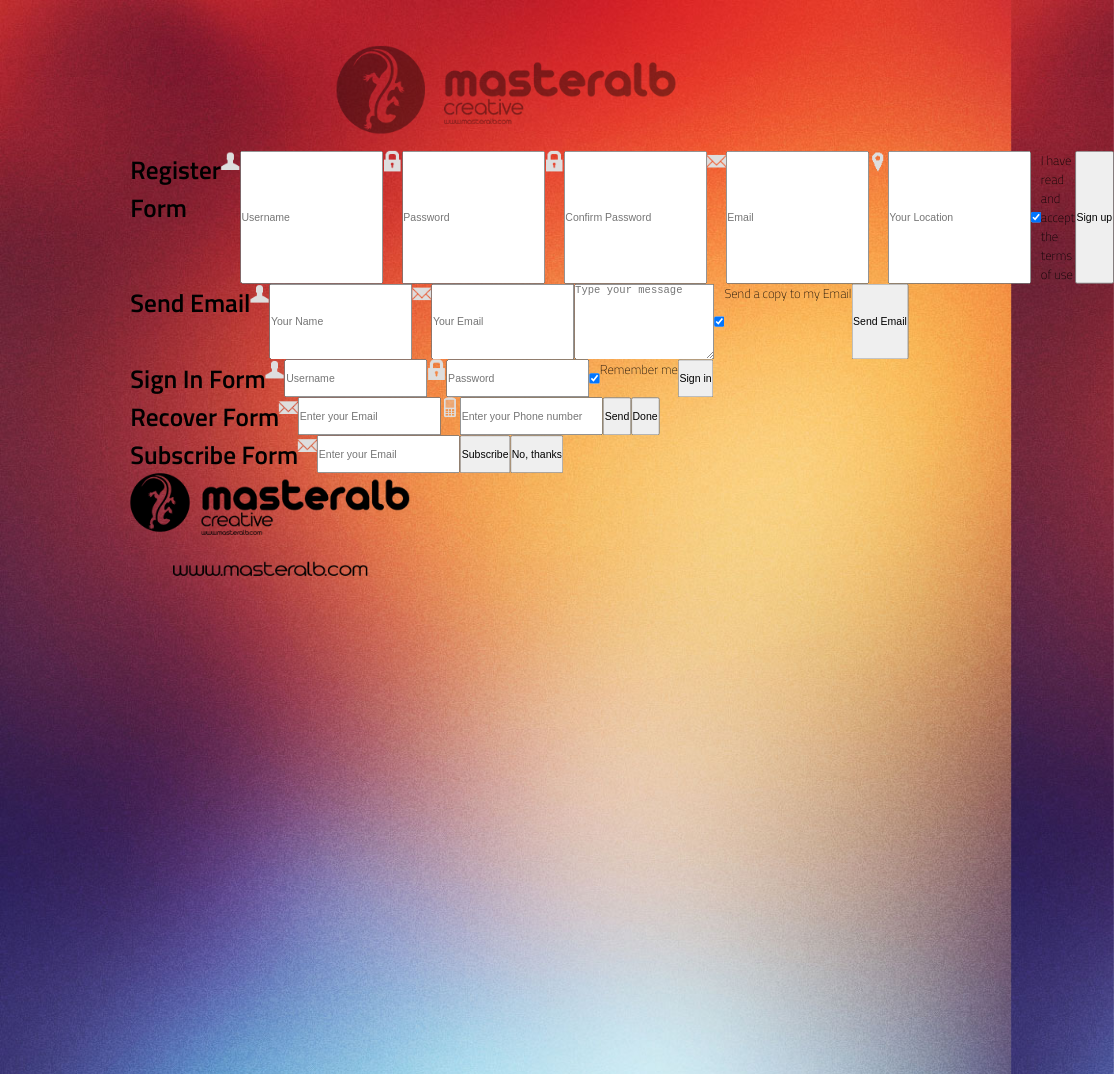
Repository: achwesiuk/PSD-Masteralb
Page: index.html
These files come from the project's save history. The page is drawn as it stood at one moment and after the next save; the edit follows.
The browser window is 1280 px wide. The page is 1410 px wide, then 1280 px, so the pictures cover 1410 px, including what lies to the right of the window. The pictures show the whole page, at 79% of full size.
Backgrounds fixed to the window are drawn as part of the page. The style sheet was rebuilt from its Sass, Less or Tailwind sources for each picture, by a compiler version that may differ from the author's.

Above is the page before, as saved 2021-03-12 15:51:56.

After the next save:
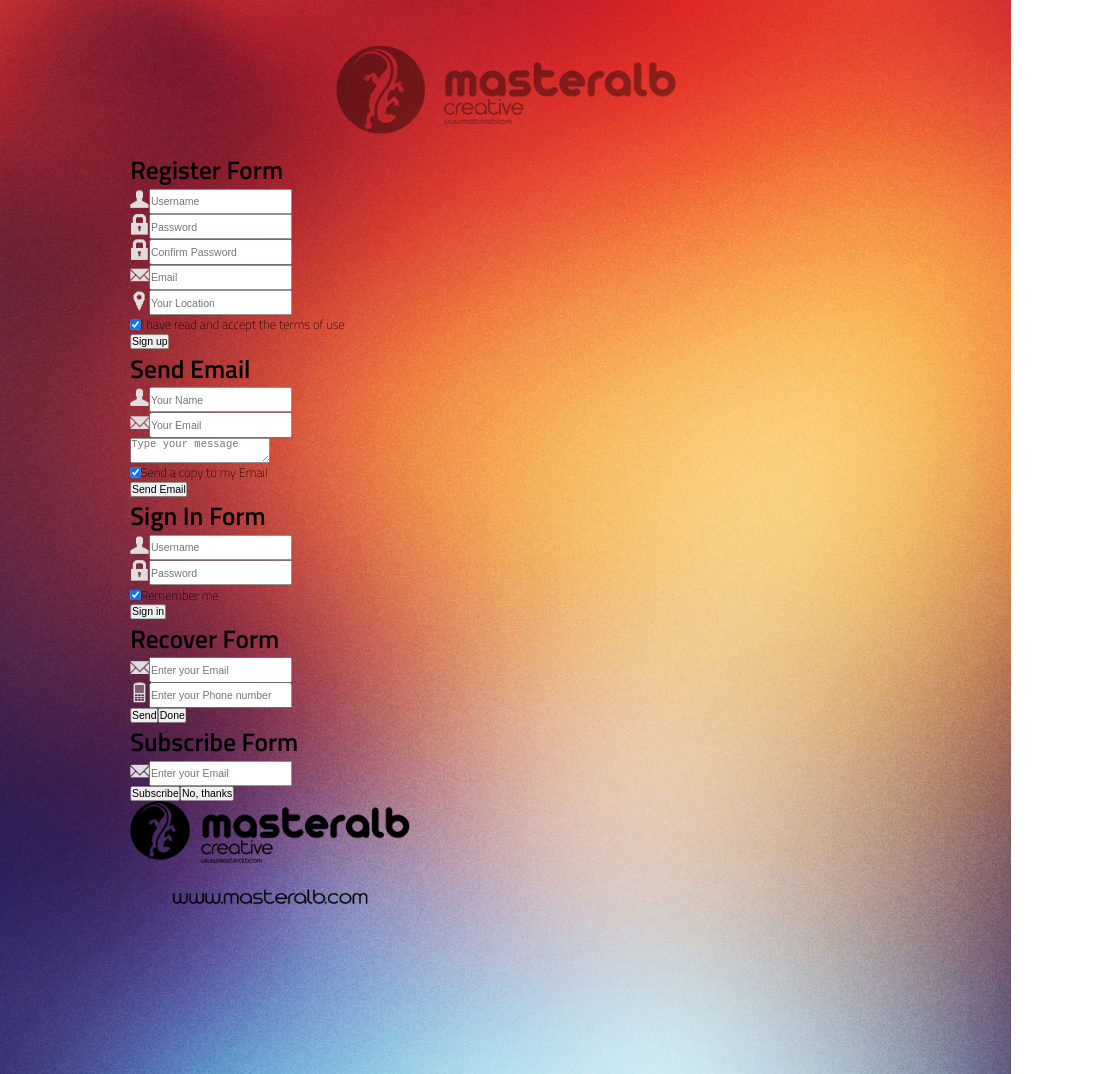
Saved 3 min 30 s later.
--- a/sass/main.scss
+++ b/sass/main.scss
@@ -38,7 +38,7 @@
 }
 
 .form {
-    display: flex;
+    flex: 1;
 
     &__header {
         font-size: 3.2rem;
